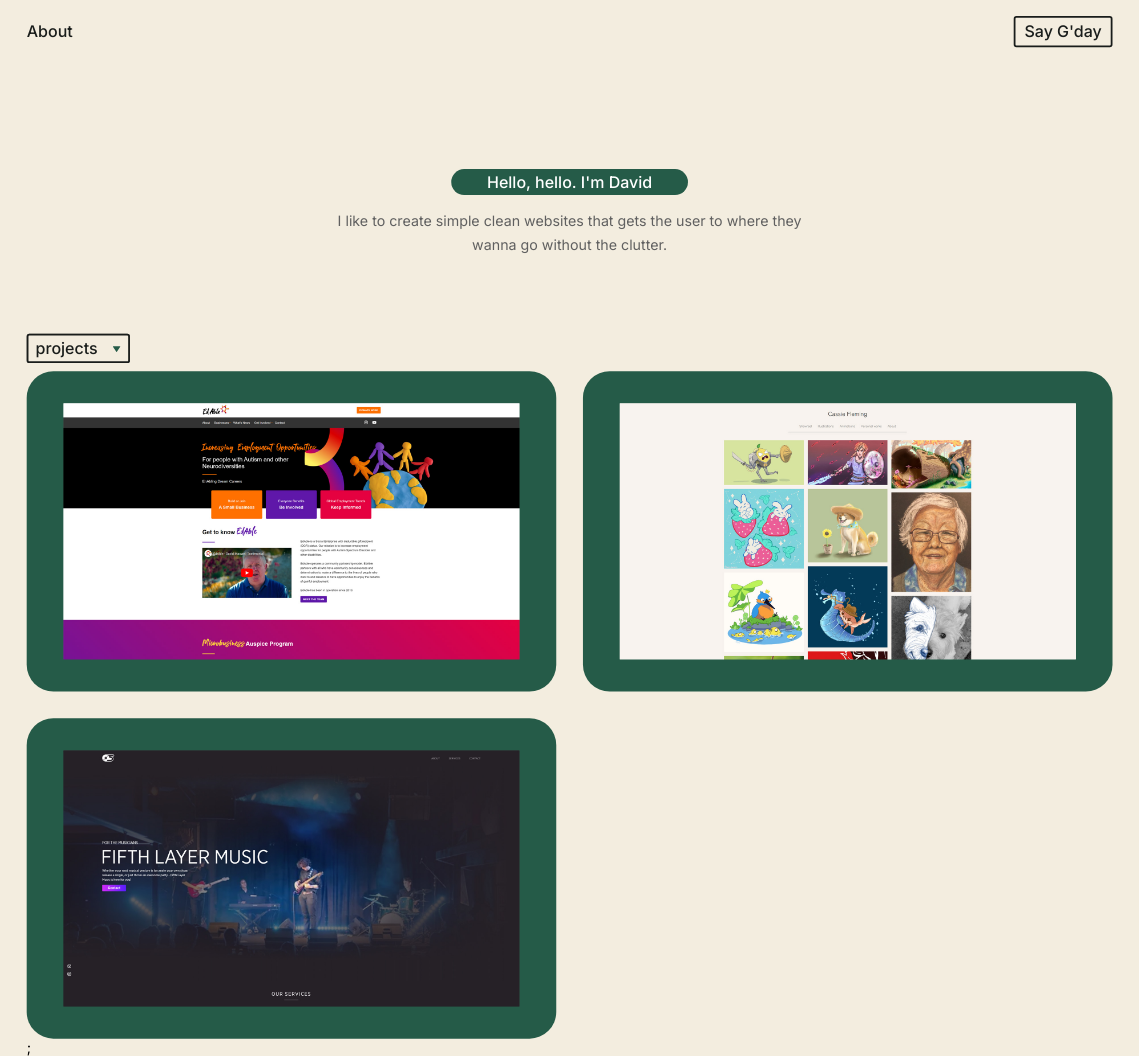
Repository: David-Waite/David-Waite-Portfolio
Page: /
These files come from the project's save history. The page is drawn as it stood at one moment and after the next save; the edit follows.
The browser window is 1280 px wide. The pictures show the whole page, at 89% of full size.
The project was rebuilt for these pictures with package versions that can differ from the ones it lists, and the page was loaded fresh each time. Some packages were replaced by stand-ins written for this rebuild. The framework's server and built-in components were replaced by stand-ins that run in the browser. Also part of the build but not shown: next.config.js.

Above is the page before, as saved 2023-07-27 14:10:12.

### app/layout.tsx
import "./globals.css";
import type { Metadata } from "next";
import { Inter } from "next/font/google";
import NavBar from "./components/Nav/NavBar/NavBar";

const inter = Inter({ subsets: ["latin"] });

export const metadata: Metadata = {
  title: "David Waite | Web Developer",
  description: `David Waite. Web Developer. I like to create simple clean websites that gets the user to where they wanna go without the clutter.`,
};

export default function RootLayout({
  children,
}: {
  children: React.ReactNode;
}) {
  return (
    <html lang="en">
      <body className={inter.className}>
        <NavBar />
        {children}
      </body>
    </html>
  );
}

### app/page.tsx
import Projects from "./components/Home/Projects/Projects";
import styles from "./page.module.css";

export default function Home() {
  return (
    <main className={styles.main}>
      <div className={styles.headingContainer}>
        <h1>Hello, hello. I&apos;m David</h1>
        <p>
          I like to create simple clean websites that gets the user to where
          they wanna go without the clutter.
        </p>
      </div>
      <label htmlFor="enquiring"></label>

      <Projects />
    </main>
  );
}

### app/contact/send/route.ts
import mail from "@sendgrid/mail";
import { NextResponse } from "next/server";

// Create an api key in sendgrid and store someplace safe
mail.setApiKey(process.env.SENDGRID_API_KEY || "");

type ResponseData = {
  status?: string;
  message?: string;
};

export async function POST(request: Request) {
  let response: ResponseData = {};
  const body = await request.json();
  // I know the formData I sent in my request has name, email, and message fields so I'm just manually grabbing them to format a message
  const message = `
    Name: ${body.name}\r\n
    Email: ${body.email}\r\n
    Message: ${body.message}

  `;
  const data = {
    to: "davidwaite122@gmail.com",
    from: "davidwaiteportfolio@zohomail.com.au",
    subject: "Contact Message via Sendgrid",
    text: message,
    html: message.replace(/\r\n/g, "<br>"),
  };

  // Send the data and create a response object. I'm using status and message to display a success or fail notification in the UI
  await mail
    .send(data)
    .then(() => {
      response = {
        status: "success",
        message: "Your message was sent. I'll be in contact shortly.",
      };
    })
    .catch((error) => {
      response = {
        status: "error",
        message: `Message failed to send with error, ${error}`,
      };
    });

  return NextResponse.json(response);
}

### app/globals.css
:root {
  --primary: #255b48;
  --black: #191d1b;
  --background: #f3eddf;
  --white: #ffffff;
  --grey: #606060;
  --error: #a83c23;
}

.paragraph {
  font-size: 18px;
  font-style: normal;
  font-weight: 400;
  line-height: 25.2px;
  color: var(--black);
}

body {
  background-color: var(--background);
}

* {
  padding: 0;
  margin: 0;
  box-sizing: border-box;
}

### app/components/Nav/NavBar/NavBar.tsx
"use client";
import NavButton from "../NavButton/NavButton";
import styles from "./navBar.module.css";
import { usePathname } from "next/navigation";

import Link from "next/link";

export default function NavBar() {
  const currentRoute = usePathname();

  return (
    <nav className={styles.container}>
      <Link
        className={styles.link}
        href={`./${currentRoute === "/" ? "about" : "/"}`}
      >
        {currentRoute === "/" ? "About" : "Home"}
      </Link>

      {currentRoute !== "/contact" && <NavButton />}
    </nav>
  );
}

### app/components/Home/Projects/Projects.tsx
"use client";

import Image from "next/image";
import styles from "./projects.module.css";
import Dropdown from "../Dropdown/Dropdown";
import { useState } from "react";

export default function About() {
  const projects: any = [
    {
      image: "/EdAble.jpg",
      imageAlt: "Edable Home",
      link: "www.edable.org.au",
      description:
        "A charity working on employing and educating in the field of autism",
      madeWith: ["Next.Js", "Contentful"],
    },
    {
      image: "/CassieFleming.jpg",
      imageAlt: "Cassie Fleming illustrations",
      link: "www.cassiefleming.com",
      description: "An animation portfolio",
      madeWith: ["Next.Js", "Contentful"],
    },

    {
      image: "/FifthLayerMusic.jpg",
      imageAlt: "Fifth layer music home",
      link: "fifth-layer-music.vercel.app",
      description: "A platform for musicians to do what they do best",
      madeWith: ["Next.Js"],
    },
  ];

  const work: any = [
    {
      image: "/FifthLayerMusic.jpg",
      imageAlt: "Fifth layer music home",
      link: "fifth-layer-music.vercel.app",
      description: "A platform for musicians to do what they do best",
      madeWith: ["Next.Js"],
    },
  ];

  const [dropdown, setDropdown] = useState({
    selected: "projects",
    unselected: "Work",
  });

  function handleSelect() {
    setDropdown((prev) => {
      return {
        selected: prev.unselected,
        unselected: prev.selected,
      };
    });
  }
  const data = dropdown.selected === "projects" ? projects : work;

  const projectCardsElement: any = data.map((item: any) => {
    return (
      <a
        key={item.title}
        href={`https://${item.link}`}
        target="_blank"
        style={{ textDecoration: "none" }}
        className={styles.contaner}
      >
        <div className={styles.outerContainer}>
          <div className={styles.projectsCard}>
            <div className={styles.projectContainer}>
              <div className={styles.projectInfo}>
                <div></div>
                <div>
                  <h2>{item.link}</h2>
                  <p>{item.description}</p>
                </div>

                <ul className={styles.madeWith}>
                  {item.madeWith.map((madewith: any) => (
                    <li key={item.title}>
                      {`${madewith}${
                        madewith === item.madeWith[item.madeWith.length - 1]
                          ? ""
                          : ","
                      }`}
                    </li>
                  ))}
                </ul>
              </div>

              <Image
                className={styles.projectImages}
                src={item.image}
                alt={item.imageAlt}
                fill={true}
              />
            </div>
          </div>
        </div>
      </a>
    );
  });
  return (
    <>
      <Dropdown onClick={handleSelect} dropdown={dropdown} />
      <div className={styles.projectsGrid}>{projectCardsElement}</div>;
    </>
  );
}

### app/page.module.css
.main {
  margin: 0 30px;
}
.headingContainer {
  display: flex;
  flex-direction: column;
  align-items: center;
  margin: 120px 0px;
}

.headingContainer h1 {
  background-color: var(--primary);
  color: var(--white);
  font-size: 18px;
  font-weight: 500;
  padding: 4px 40px;
  border-radius: 20px;
  margin-bottom: 16px;
}

.headingContainer p {
  color: var(--grey);
  max-width: 550px;
  text-align: center;
  line-height: 27px;
}

@media (max-width: 768px) {
  .main {
    margin: 0 20px;
  }
}

@media (max-width: 425px) {
  .headingContainer h1,
  .headingContainer h1 p {
    font-size: 16px;
  }
}

### app/components/Nav/NavButton/NavButton.tsx
import styles from "./navButton.module.css";

import Link from "next/link";

export default function NavButton() {
  return (
    <Link className={styles.container} href={"./contact"}>
      Say G&apos;day
    </Link>
  );
}

### app/components/Nav/NavBar/navBar.module.css
.container {
  display: flex;
  align-items: center;
  justify-content: space-between;
  height: 70px;
  padding: 0 30px;
}

.link {
  color: var(--black);
  text-decoration: none;
  font-size: 18px;
  font-weight: 500;
  cursor: pointer !important;
}

.link:hover {
  color: var(--grey);
}

@media (max-width: 768px) {
  .container {
    padding: 0 20px;
  }
}
@media (max-width: 425px) {
  .link {
    font-size: 16px;
  }
}

### app/components/Home/Projects/projects.module.css
.projectsGrid {
  display: grid;
  grid-template-columns: 1fr 1fr 1fr;
  gap: 30px;
}

.projectsCard {
  background-color: var(--primary);
  height: calc((100vw / 3) / 16 * 9);
  border-radius: 30px;
  display: flex;
  align-items: center;
  justify-content: center;
}

.projectContainer {
  position: relative;
  height: calc(100% - 120px);
  width: calc(100% - 168px);
}
.projectImages {
  object-fit: contain;
  z-index: 0;
  transition: 0.4s;
  border-radius: 3px;
}
.projectInfo {
  position: absolute;
  top: 50%;
  left: 50%;
  width: 100%;
  height: 100%;
  transform: translate(-50%, -50%);
  z-index: 2;
  display: flex;
  flex-direction: column;
  justify-content: space-between;
  opacity: 0;
  transition: 0.4s;
}

.projectsCard h2 {
  margin-top: auto;
  text-align: center;
  color: var(--white);
  font-size: 18px;
  font-weight: 500;
}

.projectsCard p {
  font-size: 18px;
  text-align: center;
  margin: 8px 30px 0 30px;
  color: var(--white);
  font-weight: 300;
  margin-bottom: auto;
}

.madeWith {
  list-style: none;
  display: flex;
  justify-content: center;
  gap: 8px;
  color: #a7a7a7;
  font-size: 14.4px;
}

.contaner:hover .projectImages {
  opacity: 0;
  transform: scale(1.1);
}

.contaner:hover .projectInfo {
  opacity: 1;
}

@media (max-width: 1700px) {
  .projectContainer {
    height: calc(100% - 68px);
    width: calc(100% - 82px);
  }
}

@media (max-width: 1300px) {
  .projectsGrid {
    grid-template-columns: 1fr 1fr;
  }

  .projectsCard {
    background-color: var(--primary);
    height: calc((100vw / 2) / 16 * 9);
  }
}

@media (max-width: 768px) {
  .projectsGrid {
    grid-template-columns: 1fr;
    gap: 20px;
  }

  .projectsCard {
    height: calc((100vw) / 16 * 9);
  }

  .projectContainer {
    height: calc(100% - 50px);
    width: calc(100% - 50px);
  }
}

@media (max-width: 425px) {
  .projectsCard p,
  .projectsCard h2 {
    font-size: 16px;
  }

  .madeWith {
    font-size: 12.8px;
  }
  .projectContainer {
    height: calc(100% - 50px);
    width: calc(100% - 0px);
  }
}

### app/components/Home/Dropdown/Dropdown.tsx
"use client";

import { useState } from "react";
import styles from "./dropdown.module.css";
import { BiSolidDownArrow } from "react-icons/bi";

export default function Dropdown(props: { onClick: any; dropdown: any }) {
  const [hoverSVG, setHoverSVG] = useState(false);
  const [hover, setHover] = useState(false);

  function handleSelect() {
    props.onClick();
    setHover(false);
  }

  const openStyle = {
    top: "-34px",
  };

  const closedStyle = {
    top: "4px",
  };

  const openSVGStyle = {
    transform: "rotate(180deg)",
  };

  const hoverSVGStyle = {
    color: "white",
  };

  return (
    <div
      className={styles.selectContainer}
      onMouseEnter={() => setHover(true)}
      onMouseLeave={() => setHover(false)}
    >
      <div
        className={styles.select}
        onMouseOver={() => setHoverSVG(true)}
        onMouseOut={() => setHoverSVG(false)}
      >
        {props.dropdown.selected}
        <BiSolidDownArrow
          style={Object.assign(
            hover && openSVGStyle,
            hoverSVG && hoverSVGStyle
          )}
        />
      </div>
      <div
        onClick={handleSelect}
        className={styles.dropdown}
        style={hover ? closedStyle : hover === false ? openStyle : closedStyle}
      >
        {props.dropdown.unselected}
      </div>
    </div>
  );
}

### app/components/Nav/NavButton/navButton.module.css
.container {
  border: 2px solid var(--black);
  color: var(--black);
  font-weight: 500;
  border-radius: 3px;
  font-size: 18px;
  padding: 5px 10px;
  transition: 0.3s;
  text-decoration: none;
  cursor: pointer !important;
}

.container:hover {
  background-color: var(--primary);
  color: var(--white);
}

@media (max-width: 425px) {
  .container {
    font-size: 16px;
  }
}

### app/components/Home/Dropdown/dropdown.module.css
.selectContainer {
  display: flex;
  position: relative;
  width: 116px;

  height: 4px;
  margin-bottom: 4px;
}
.select {
  width: 116px;
  z-index: 2;
  top: -34px;
  position: absolute;
  display: flex;
  justify-content: space-between;
  align-items: center;
  font-size: 18px;
  color: var(--black);
  border: 2px solid var(--black);
  border-radius: 3px;
  padding: 4px 8px;
  background-color: var(--background);
  margin-bottom: 8px;
  font-weight: 500;
  transition: 0.3s;
  cursor: pointer !important;
}

.select:hover {
  background-color: var(--primary);
  color: var(--white);
}

.select svg {
  font-size: 10px;
  color: var(--primary);
  transition: 0.3s;
}

.dropdown {
  position: absolute;
  z-index: 1;
  color: var(--grey);
  width: 100%;
  font-size: 18px;
  border: 2px solid var(--grey);
  border-radius: 3px;
  padding: 4px 8px;
  background-color: var(--background);
  margin-bottom: 8px;
  transition: 0.3s;
  font-weight: 500;
  cursor: pointer !important;
}

.dropdown:hover {
  background-color: var(--primary);
  color: var(--white);
  border-color: var(--black);
}

@media (max-width: 425px) {
  .select,
  .dropdown {
    font-size: 16px;
    width: 108px;
  }
}

After the next save:
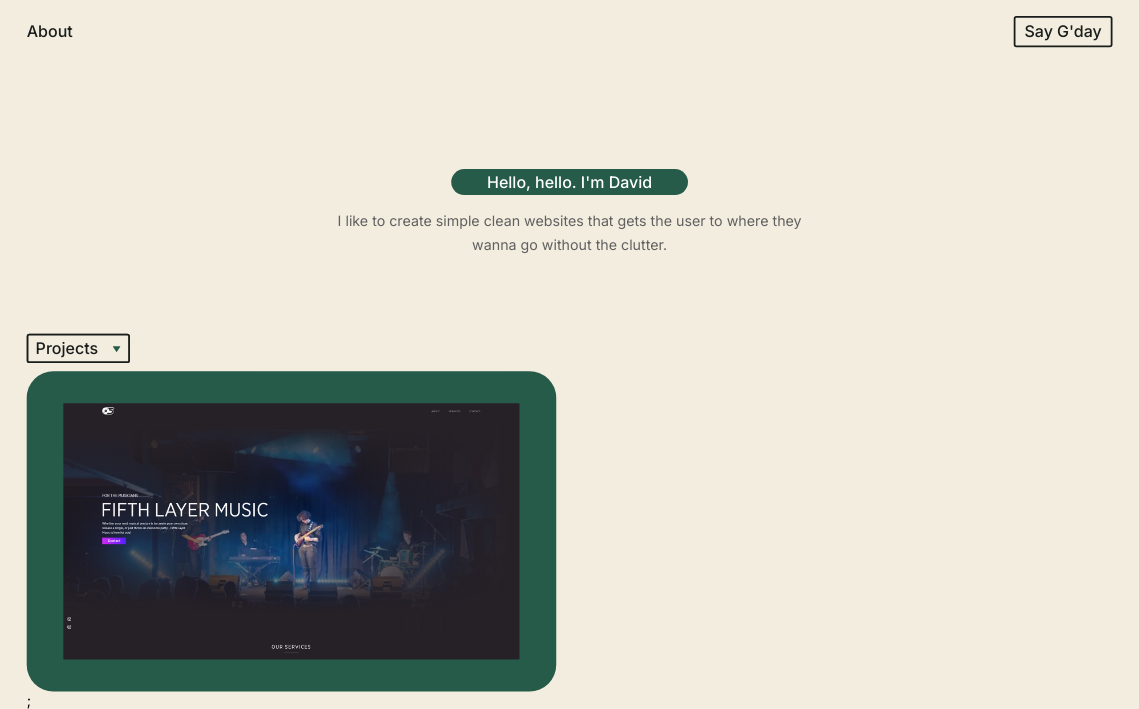
Saved 2 min 37 s later.
--- a/app/components/Home/Projects/Projects.tsx
+++ b/app/components/Home/Projects/Projects.tsx
@@ -43,7 +43,7 @@ export default function About() {
   ];
 
   const [dropdown, setDropdown] = useState({
-    selected: "projects",
+    selected: "Projects",
     unselected: "Work",
   });
 
